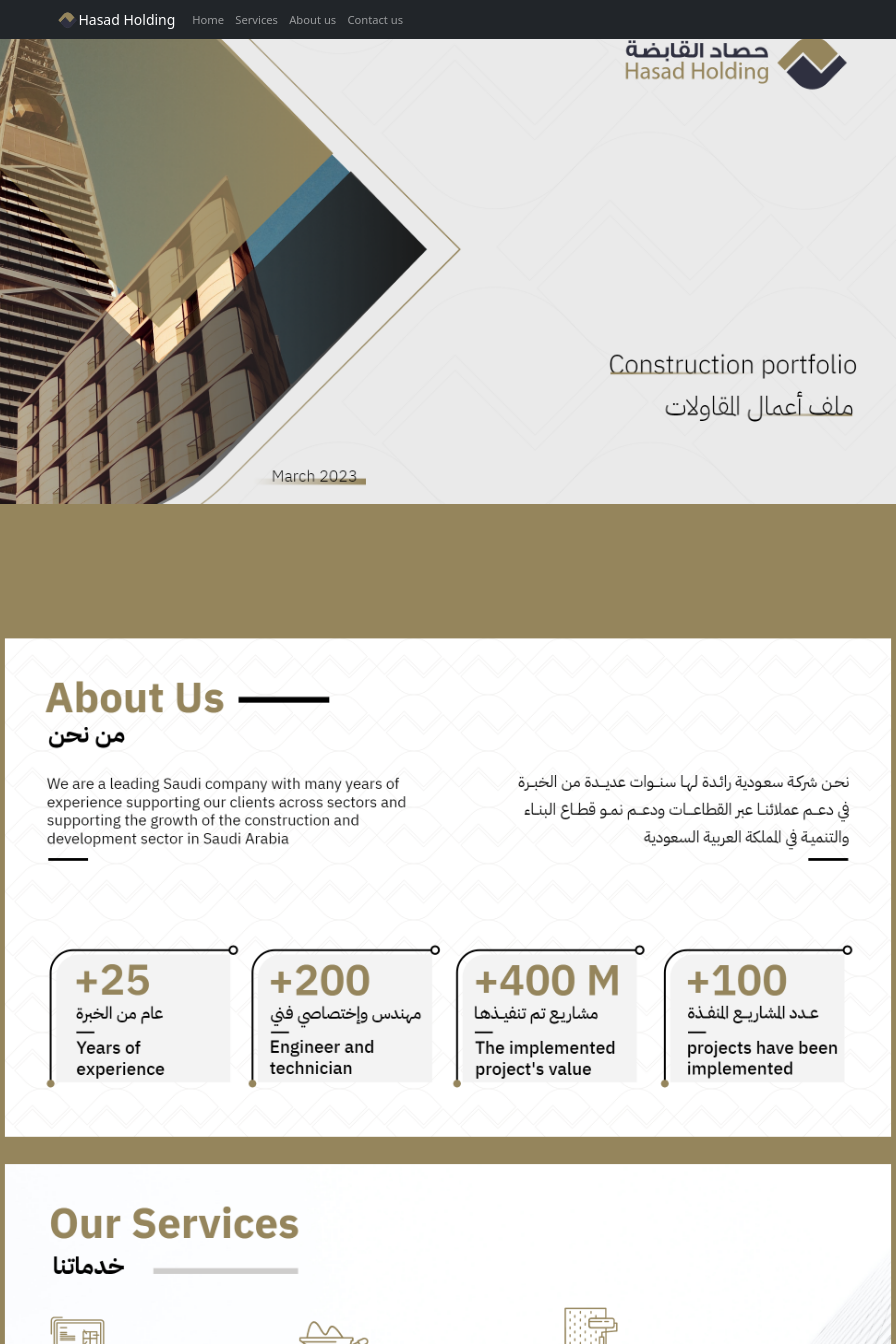
Repository: shahzaibrehman123/hasad-holding
Page: /
An editor plug-in stored every save of this project. The page is shown before and after the next save, followed by the edit.
The browser window is 1280 px wide. The pictures show the part of the page from y = 0 to 1920 px (the page is 5431 px tall before and 5451 px after), at 70% of full size.
The project was rebuilt for these pictures with package versions that can differ from the ones it lists, and the page was loaded fresh each time.

Above is the page before, as saved 2023-11-07 18:38:57.

After the next save:
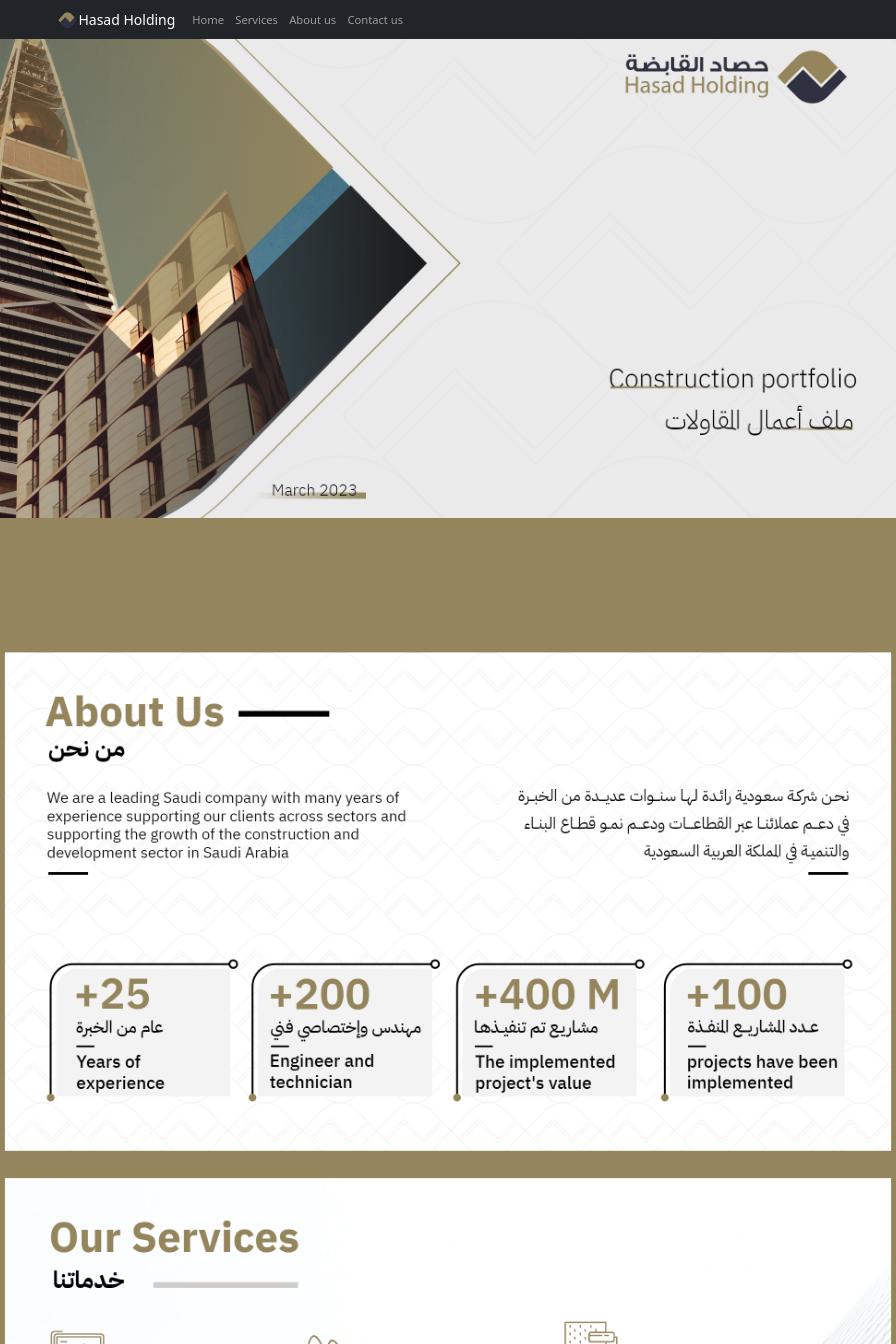
Saved 84 s later.
--- a/src/components/MainPage/style.css
+++ b/src/components/MainPage/style.css
@@ -1,5 +1,5 @@
 .main-container{
-    margin:0px 0px 15% 0px;
+    margin:20px 0px 15% 0px;
     height: 100vh;
 }
 .img-responsive {
